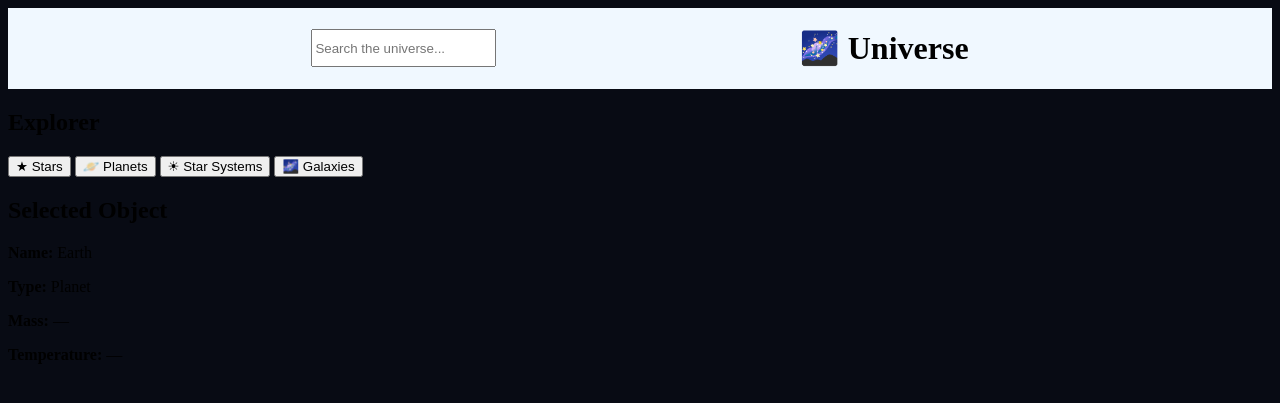
Repository: nico-madruga/Universe
Page: front-end/html/index.html
An editor plug-in stored every save of this project. The page is shown before and after a run of saves, followed by the edit.
The browser window is 1280 px wide. The pictures show the whole page.

Above is the page before, as saved 2026-09-28 15:14:13.

### front-end/html/index.html
<!DOCTYPE html>
<html lang="en">
<head>
    <meta charset="UTF-8">
    <meta name="viewport" content="width=device-width, initial-scale=1.0">
    <link rel="stylesheet" href="../css/style.css">
    <title>Universe</title>

    <link rel="stylesheet" href="../css/style.css">
</head>

<body>

    <header class="navbar">
        <h1>🌌 Universe</h1>

        <input
            type="text"
            placeholder="Search the universe..."
            id="search"
        >
    </header>


    <main class="layout">

        <aside class="sidebar">

            <h2>Explorer</h2>

            <nav>
                <button>★ Stars</button>
                <button>🪐 Planets</button>
                <button>☀ Star Systems</button>
                <button>🌌 Galaxies</button>
            </nav>

        </aside>


        <section class="content">

            <section class="space">

                <div class="star star-1"></div>
                <div class="star star-2"></div>
                <div class="star star-3"></div>

                <div class="planet"></div>

            </section>


            <section class="object-info">

                <h2>Selected Object</h2>

                <div class="info-grid">

                    <p>
                        <strong>Name:</strong>
                        Earth
                    </p>

                    <p>
                        <strong>Type:</strong>
                        Planet
                    </p>

                    <p>
                        <strong>Mass:</strong>
                        —
                    </p>

                    <p>
                        <strong>Temperature:</strong>
                        —
                    </p>

                </div>

            </section>

        </section>

    </main>

</body>
</html>

### front-end/css/style.css
:root
{
    --background-color: #080B14;
    --panels-color: #101624;
    --panel-borders-color: #263149;
    --main-text-color: #E8ECF4;
    --secondary-text-color: #9AA6BA;
    --primary-accent-color: #4CC9F0;
    --secondary-accent-color: #8B7CFF;
    --highlight-color: #A9E8FF;
}

header
{
    display: flex;
    background-color: aliceblue;
    flex-direction: row-reverse;
    justify-content: space-evenly;
}

header input
{
    align-self: center;
    height: 2rem;
}

body
{
    background-color: var(--background-color);
}

After the next 2 saves:
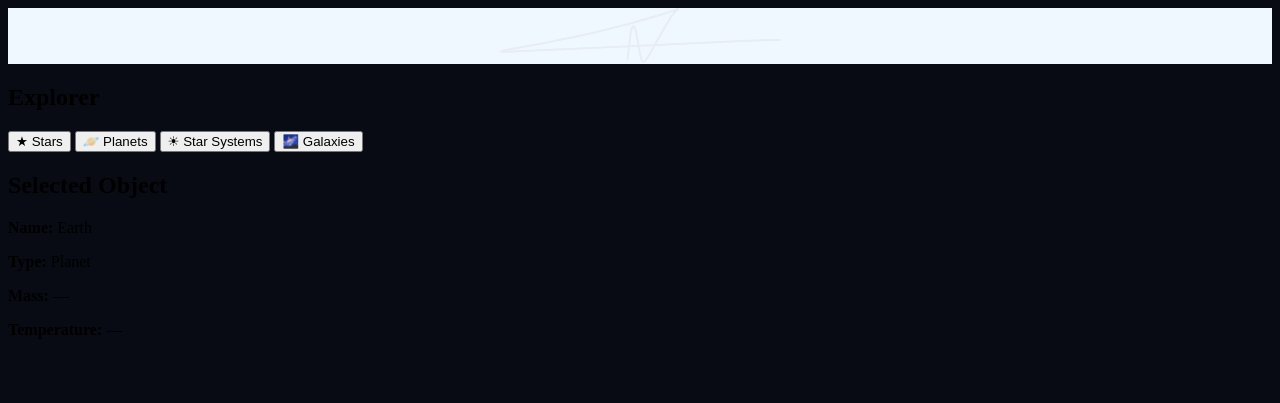
The 2 saves are shown as one change because they came seconds apart.
The last was saved 83 s later.
--- a/front-end/html/index.html
+++ b/front-end/html/index.html
@@ -12,13 +12,7 @@
 <body>
 
     <header class="navbar">
-        <h1>🌌 Universe</h1>
-
-        <input
-            type="text"
-            placeholder="Search the universe..."
-            id="search"
-        >
+        <img src="/front-end/imgs/Vector 1.svg">
     </header>
 
 
